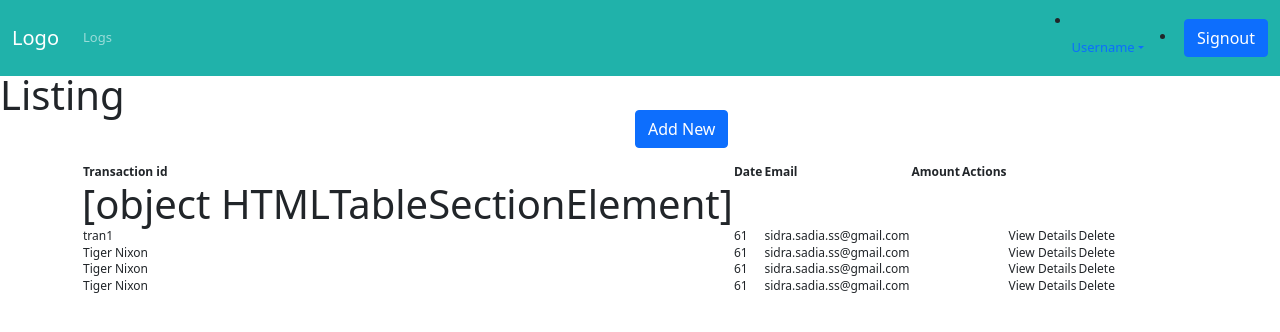
Repository: Sadia-Naveed-Shaikh/JavaScript-Website
Page: src/Listing.html
An editor plug-in stored every save of this project. The page is shown before and after the next save, followed by the edit.
The browser window is 1280 px wide. The pictures show the whole page.
Some web libraries are served in a nearby version.

Above is the page before, as saved 2021-10-28 17:01:30.

After the next save:
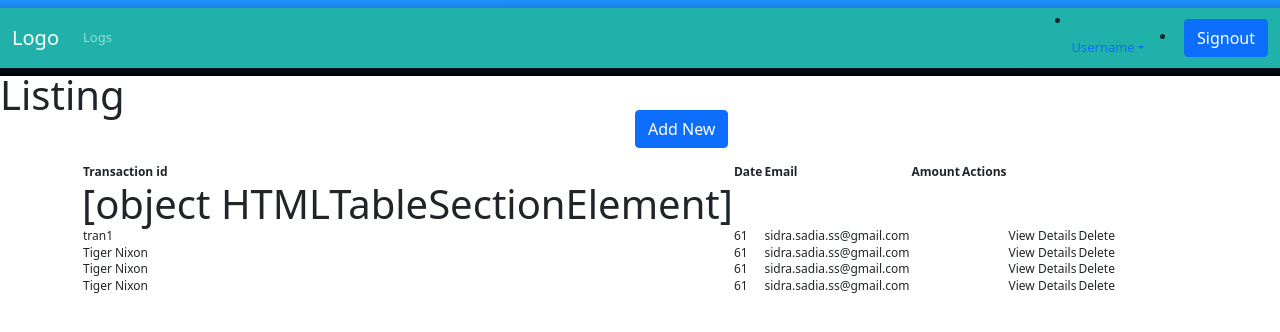
Saved 29 s later.
--- a/src/Listing.html
+++ b/src/Listing.html
@@ -22,7 +22,8 @@ body{
 
 <body>
 
-    <nav class="navbar navbar-expand-sm  navbar-dark fixed-top" style="background-color: #20b2aa">
+    <nav class="navbar navbar-expand-sm  navbar-dark fixed-top" style="            background-image: linear-gradient(dodgerblue, black);
+">
         <div class="container-fluid" style="background-color: #20b2aa; height:60px">
             <a class="navbar-brand" href="#">Logo</a>
             <button class="navbar-toggler" type="button" data-bs-toggle="collapse" data-bs-target="#collapsibleNavbar">
